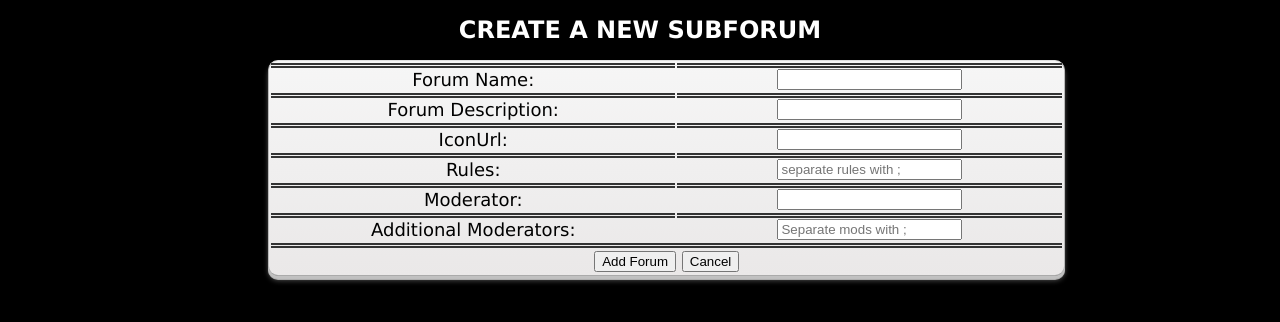
Repository: SuvakovSrdjan/WebForum
Page: http://localhost/Simple-web-forum/AddTopic.jsp
The author's editor kept a copy of each file at every save. The page is drawn from the files as they stood at one save, then again after the next save.
The browser window is 1280 px wide. The pictures show the whole page.
The page is served by Tomcat 9. Other server files are loaded and not shown.

Above is the page before, as saved 2017-09-11 22:08:39.

### Simple-web-forum/WebContent/AddTopic.jsp
<%@ page language="java" contentType="text/html; charset=UTF-8"
    pageEncoding="UTF-8"%>
<!DOCTYPE html PUBLIC "-//W3C//DTD HTML 4.01 Transitional//EN" "http://www.w3.org/TR/html4/loose.dtd">
<html>
<head>
<meta http-equiv="Content-Type" content="text/html; charset=UTF-8">
<title>A new plight for otaku</title>
<link rel="stylesheet" type="text/css" href="WEB-SRC/StyleSettings.css">
</head>
<body>
<h1>CREATE A NEW SUBFORUM</h1>

	<form style="padding-left: 260px" name="forumForm" method="post" action="AddForumServlet">
		<table>
			<tr>
				<td>Forum Name:</td>
				<td><input type="text" name="forumName"></td>
			</tr>
			<tr>
				<td>Forum Description:</td>
				<td><input height="30px" type="text" name="forumDescription"></td>
			</tr>
			<tr>
				<td>IconUrl:</td>
				<td><input type="text" name="icoUrl"></td>
			</tr>
			<tr>
				<td>Rules:</td>
				<td><input type="text" placeholder="separate rules with ;" name="ruleList"></td>
			</tr>
			<tr>
				<td>Moderator:</td>
				<td><input type="text" name="modInChief"></td>
			</tr>
			<tr>
				<td>Additional Moderators:</td>
				<td><input type="text" placeholder="Separate mods with ; " name="plebMods"></td>
			</tr>
			<tr>
				<td colspan='2'><input type="submit" name="AddSubforum" value="Add Forum">
				<input type="submit" name="Cancel" value="Cancel">
			</tr>
		</table>
</form>

</body>
</html>

### Simple-web-forum/WebContent/WEB-SRC/StyleSettings.css
@charset "UTF-8";
body {
	background-color: activecaption;
	font: 12px Lucida sans, Arial, Helvetica, sans-serif;
	color: #333;
	text-align: center;
}

h1 {
	color: white;
}

ul {
	list-style-type:none;
    background-color: #444444;
	background-image: -webkit-gradient(linear, left top, left bottom, from(#444444), to(#eae8e8));
	background-image: -webkit-linear-gradient(top, #f6f6f6, #eae8e8);
	background-image: -moz-linear-gradient(top, #444444, #eae8e8);
	background-image: -ms-linear-gradient(top, #f6f6f6, #eae8e8);
	background-image: -o-linear-gradient(top, #f6f6f6, #eae8e8);
	background-image: linear-gradient(top, #f6f6f6, #eae8e8);
	border-color: #dedede #bababa #aaa #bababa;
	border-style: solid;
	border-width: 1px;
	-webkit-border-radius: 10px;
	-moz-border-radius: 10px;
	border-radius: 10px;
	-webkit-box-shadow: 0 3px 3px rgba(255,255,255,.1), 0 3px 0 #bbb, 0 4px 0 #aaa, 0 5px 5px #444;
	-moz-box-shadow: 0 3px 3px rgba(255,255,255,.1), 0 3px 0 #bbb, 0 4px 0 #aaa, 0 5px 5px #444;
	box-shadow: 0 3px 3px rgba(255,255,255,.1), 0 3px 0 #bbb, 0 4px 0 #aaa, 0 5px 5px #444;




    overflow: auto; /* Enable scrolling if the sidenav has too much content */
}
li {
   float: left;
   background-color: #444444;
	background-image: -webkit-gradient(linear, left top, left bottom, from(#444444), to(#eae8e8));
	background-image: -webkit-linear-gradient(top, #f6f6f6, #eae8e8);
	background-image: -moz-linear-gradient(top, #444444, #eae8e8);
	background-image: -ms-linear-gradient(top, #f6f6f6, #eae8e8);
	background-image: -o-linear-gradient(top, #f6f6f6, #eae8e8);
	background-image: linear-gradient(top, #f6f6f6, #eae8e8);
	border-color: #dedede #bababa #aaa #bababa;
	border-style: solid;
	border-width: 1px;
	-webkit-border-radius: 10px;
	-moz-border-radius: 10px;
	border-radius: 10px;
	-webkit-box-shadow: 0 3px 3px rgba(255,255,255,.1), 0 3px 0 #bbb, 0 4px 0 #aaa, 0 5px 5px #444;
	-moz-box-shadow: 0 3px 3px rgba(255,255,255,.1), 0 3px 0 #bbb, 0 4px 0 #aaa, 0 5px 5px #444;
	box-shadow: 0 3px 3px rgba(255,255,255,.1), 0 3px 0 #bbb, 0 4px 0 #aaa, 0 5px 5px #444;

	overflow: hidden;
	padding: 2px;
}
li:last-child {
    border-right-style: none;
    border-left-style: inset;
    border-left-color: #111111;
    float:right;
}
a {
    display: block;
    padding: 17px;
    background-color: #333333;
}

table{
		list-style-type:none;
    background-color: #444444;
	background-image: -webkit-gradient(linear, left top, left bottom, from(#444444), to(#eae8e8));
	background-image: -webkit-linear-gradient(top, #f6f6f6, #eae8e8);
	background-image: -moz-linear-gradient(top, #444444, #eae8e8);
	background-image: -ms-linear-gradient(top, #f6f6f6, #eae8e8);
	background-image: -o-linear-gradient(top, #f6f6f6, #eae8e8);
	background-image: linear-gradient(top, #f6f6f6, #eae8e8);
	border-color: #dedede #bababa #aaa #bababa;
	border-style: solid;
	border-width: 1px;
	-webkit-border-radius: 10px;
	-moz-border-radius: 10px;
	border-radius: 10px;
	-webkit-box-shadow: 0 3px 3px rgba(255,255,255,.1), 0 3px 0 #bbb, 0 4px 0 #aaa, 0 5px 5px #444;
	-moz-box-shadow: 0 3px 3px rgba(255,255,255,.1), 0 3px 0 #bbb, 0 4px 0 #aaa, 0 5px 5px #444;
	box-shadow: 0 3px 3px rgba(255,255,255,.1), 0 3px 0 #bbb, 0 4px 0 #aaa, 0 5px 5px #444;
	font-size:20;



    overflow: auto; /* Enable scrolling if the sidenav has too much content */
}
 td {
 	background-color: light-yellow;
 	Width: auto;
	Height: auto;
    border-style: none;
    border-top: thick double #333333;
    padding-left:100px;
	padding-right:100px;
	color: black;
	font-size: large;
 }
th {
 	background-color: light-yellow;
 	Width: 100%;
	Height: auto;
	font-size: large;
    border-style: none;
 }

header {
    background-color: #84e3e9;
    padding: 20px 0;
    padding-left:50px;
	padding-right:50px;
}
a:link {
    color: white;
    text-decoration: none;
    font-style: oblique;
}

/* visited link */
a:visited {
    color: white;
    text-decoration: none;
    font-style: oblique;
}

/* mouse over link */
a:hover {
    background-color: #31b2c3;
	background-image: -webkit-gradient(linear, left top, left bottom, from(#0483a0), to(#31b2c3));
	background-image: -webkit-linear-gradient(top, #0483a0, #31b2c3);
	background-image: -moz-linear-gradient(top, #0483a0, #31b2c3);
	background-image: -ms-linear-gradient(top, #0483a0, #31b2c3);
	background-image: -o-linear-gradient(top, #0483a0, #31b2c3);
	background-image: linear-gradient(top, #0483a0, #31b2c3);
}

/* selected link */
a:active {
    -webkit-box-shadow: 0 1px 4px rgba(0, 0, 0, 0.5) inset;
	-moz-box-shadow: 0 1px 4px rgba(0, 0, 0, 0.5) inset;
	box-shadow: 0 1px 4px rgba(0, 0, 0, 0.5) inset;
	outline: 0;
}


.form-wrapper {
	background-color: #444444;
	background-image: -webkit-gradient(linear, left top, left bottom, from(#444444), to(#eae8e8));
	background-image: -webkit-linear-gradient(top, #f6f6f6, #eae8e8);
	background-image: -moz-linear-gradient(top, #444444, #eae8e8);
	background-image: -ms-linear-gradient(top, #f6f6f6, #eae8e8);
	background-image: -o-linear-gradient(top, #f6f6f6, #eae8e8);
	background-image: linear-gradient(top, #f6f6f6, #eae8e8);
	border-color: #dedede #bababa #aaa #bababa;
	border-style: solid;
	border-width: 1px;
	-webkit-border-radius: 10px;
	-moz-border-radius: 10px;
	border-radius: 10px;
	-webkit-box-shadow: 0 3px 3px rgba(255,255,255,.1), 0 3px 0 #bbb, 0 4px 0 #aaa, 0 5px 5px #444;
	-moz-box-shadow: 0 3px 3px rgba(255,255,255,.1), 0 3px 0 #bbb, 0 4px 0 #aaa, 0 5px 5px #444;
	box-shadow: 0 3px 3px rgba(255,255,255,.1), 0 3px 0 #bbb, 0 4px 0 #aaa, 0 5px 5px #444;

	overflow: hidden;
	padding: 2px;
	width: 450px;
}

.form-wrapper #search {
	border: 1px solid #;
	-webkit-box-shadow: 0 1px 1px #ddd inset, 0 1px 0 #FFF;
	-moz-box-shadow: 0 1px 1px #ddd inset, 0 1px 0 #FFF;
	box-shadow: 0 1px 1px #ddd inset, 0 1px 0 #FFF;
	-webkit-border-radius: 3px;
	-moz-border-radius: 3px;
	border-radius: 3px;
  color: #999;
	float: left;
	font: 16px Lucida Sans, Trebuchet MS, Tahoma, sans-serif;
	height: 12px;
	padding: 10px;
	width: 320px;
}
form{
	float: left;
}

.form-wrapper #search:focus {
	border-color: #aaa;
	-webkit-box-shadow: 0 1px 1px #bbb inset;
	-moz-box-shadow: 0 1px 1px #bbb inset;
	box-shadow: 0 1px 1px #bbb inset;
	outline: 0;
}

.form-wrapper #search:-moz-placeholder,
.form-wrapper #search:-ms-input-placeholder,
.form-wrapper #search::-webkit-input-placeholder {
	color: #999;
	font-weight: normal;
}

.form-wrapper #submit {
	background-color: #0483a0;
	background-image: -webkit-gradient(linear, left top, left bottom, from(#31b2c3), to(#0483a0));
	background-image: -webkit-linear-gradient(top, #31b2c3, #0483a0);
	background-image: -moz-linear-gradient(top, #31b2c3, #0483a0);
	background-image: -ms-linear-gradient(top, #31b2c3, #0483a0);
	background-image: -o-linear-gradient(top, #31b2c3, #0483a0);
	background-image: linear-gradient(top, #31b2c3, #0483a0);
	border: 1px solid #00748f;
	-moz-border-radius: 3px;
	-webkit-border-radius: 3px;
	border-radius: 3px;
	-webkit-box-shadow: 0 1px 0 rgba(255, 255, 255, 0.3) inset, 0 1px 0 #FFF;
	-moz-box-shadow: 0 1px 0 rgba(255, 255, 255, 0.3) inset, 0 1px 0 #FFF;
	box-shadow: 0 1px 0 rgba(255, 255, 255, 0.3) inset, 0 1px 0 #FFF;
	color: #fafafa;
	cursor: pointer;
	height: 42px;
	float: right;
	font: 15px Arial, Helvetica;
	padding: 0;
	text-transform: uppercase;
	text-shadow: 0 1px 0 rgba(0, 0 ,0, .3);
	width: 100px;
}

.form-wrapper #submit:hover,
.form-wrapper #submit:focus {
	background-color: #31b2c3;
	background-image: -webkit-gradient(linear, left top, left bottom, from(#0483a0), to(#31b2c3));
	background-image: -webkit-linear-gradient(top, #0483a0, #31b2c3);
	background-image: -moz-linear-gradient(top, #0483a0, #31b2c3);
	background-image: -ms-linear-gradient(top, #0483a0, #31b2c3);
	background-image: -o-linear-gradient(top, #0483a0, #31b2c3);
	background-image: linear-gradient(top, #0483a0, #31b2c3);
}

.form-wrapper #submit:active {
	-webkit-box-shadow: 0 1px 4px rgba(0, 0, 0, 0.5) inset;
	-moz-box-shadow: 0 1px 4px rgba(0, 0, 0, 0.5) inset;
	box-shadow: 0 1px 4px rgba(0, 0, 0, 0.5) inset;
	outline: 0;
}

.form-wrapper #submit::-moz-focus-inner {
	border: 0;
}

After the next save:
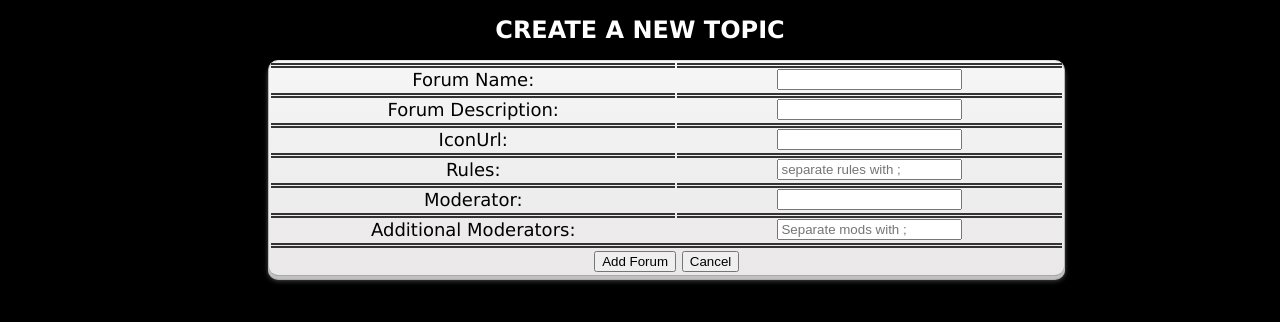
Saved 9 s later.
--- a/Simple-web-forum/WebContent/AddTopic.jsp
+++ b/Simple-web-forum/WebContent/AddTopic.jsp
@@ -8,7 +8,7 @@
 <link rel="stylesheet" type="text/css" href="WEB-SRC/StyleSettings.css">
 </head>
 <body>
-<h1>CREATE A NEW SUBFORUM</h1>
+<h1>CREATE A NEW TOPIC</h1>
 
 	<form style="padding-left: 260px" name="forumForm" method="post" action="AddForumServlet">
 		<table>
